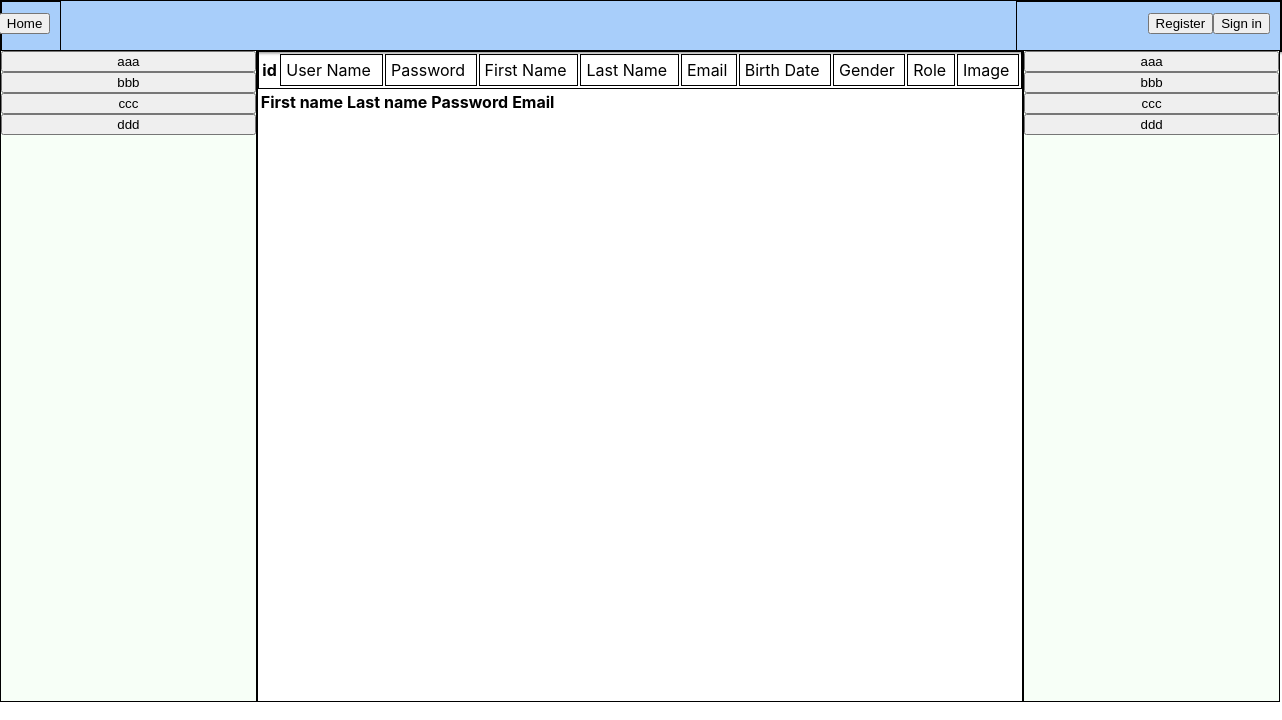
Repository: MichaelSodovski/website-client
Page: /users
The author's editor kept a copy of each file at every save. The page is drawn from the files as they stood at one save, then again after the next save.
The browser window is 1280 px wide. The page is 1282 px wide, so the pictures cover 1282 px, including what lies to the right of the window. The pictures show the whole page.
The page's requests for data from a server got no answer. The project was rebuilt for these pictures with package versions that can differ from the ones it lists, and the page was loaded fresh each time. No one was signed in, and anything a server would have sent is missing. Also part of the build but not shown: src/components/home/home.component.jsx, src/components/register/register.component.css, src/components/payment-info/payment.component.css, src/components/payment-info/payment.component.js, src/components/register/register.component.jsx, src/components/signIn/signIn.component.css, src/components/signIn/signIn.component.jsx.

Above is the page before, as saved 2022-05-14 22:32:05.

### public/index.html
<!DOCTYPE html>
<html lang="en">

<head>
    <meta charset="utf-8" />
    <link rel="icon" href="%PUBLIC_URL%/favicon.ico" />
    <meta name="viewport" content="width=device-width, initial-scale=1" />
    <meta name="theme-color" content="#000000" />
    <meta name="description" content="Web site created using create-react-app" />
    <link rel="apple-touch-icon" href="%PUBLIC_URL%/logo192.png" />
    <!--
      manifest.json provides metadata used when your web app is installed on a
      user's mobile device or desktop. See https://developers.google.com/web/fundamentals/web-app-manifest/
    -->
    <link rel="manifest" href="%PUBLIC_URL%/manifest.json" />
    <!--
      Notice the use of %PUBLIC_URL% in the tags above.
      It will be replaced with the URL of the `public` folder during the build.
      Only files inside the `public` folder can be referenced from the HTML.

      Unlike "/favicon.ico" or "favicon.ico", "%PUBLIC_URL%/favicon.ico" will
      work correctly both with client-side routing and a non-root public URL.
      Learn how to configure a non-root public URL by running `npm run build`.
    -->
    <title> site </title>
</head>

<body>
    <noscript>You need to enable JavaScript to run this app.</noscript>
    <div id="root"></div>
    <!--
      This HTML file is a template.
      If you open it directly in the browser, you will see an empty page.

      You can add webfonts, meta tags, or analytics to this file.
      The build step will place the bundled scripts into the <body> tag.

      To begin the development, run `npm start` or `yarn start`.
      To create a production bundle, use `npm run build` or `yarn build`.
    -->
</body>

</html>

### src/index.js
import React from 'react';
import ReactDOM from 'react-dom';
import './index.css';
import App from './App';
import reportWebVitals from './reportWebVitals';
import { BrowserRouter } from 'react-router-dom';

ReactDOM.render(
    <BrowserRouter>
        <React.StrictMode>
            <App />
        </React.StrictMode>
    </BrowserRouter>,
    document.getElementById('root')
);

// If you want to start measuring performance in your app, pass a function
// to log results (for example: reportWebVitals(console.log))
// or send to an analytics endpoint. Learn more: https://bit.ly/CRA-vitals
reportWebVitals();

### src/App.js
import './App.css';
import React from "react";
import { Route, Switch } from 'react-router-dom';
import Home from '../src/components/home/home.component'
import Menu from '../src/components/menu/menu.component';
import Register from '../src/components/register/register.component';
import NavigationBar from '../src/components/navigationBar/navigationBar.component';
import SignIn from '../src/components/signIn/signIn.component'
import Users from '../src/components/users/users.component'

export default function App() {
    return (
        <div className="App">
            <header className="App-header">
                <NavigationBar></NavigationBar>
            </header>
            <div className="layout-flexbox-container">
                <aside className="App-right-side_menu">
                    <Menu></Menu>
                </aside>
                <main className="App-main">
                    <Switch>
                        <Route path="/home">
                            <Home></Home>
                        </Route>
                        <Route path="/register">
                            <Register></Register>
                        </Route>
                        <Route path="/signin">
                            <SignIn></SignIn>
                        </Route>
                        <Route path="/users">
                            <Users></Users>
                        </Route>
                    </Switch>
                </main>
                <aside className="App-left-side_menu">
                    <Menu></Menu>
                </aside>
            </div>
        </div>
    );
}

### src/App.css
.App {
    display: flex;
    flex-direction: column;
}

.App-header {
    width: 100%;
    box-shadow: 3px 3px 3px grey;
    height: 50px;
}

.layout-flexbox-container {
    display: flex;
    flex-direction: row;
    width: 100%;
    height: 100%;
}

.App-main {
    border: 0.01px black solid;
    height: 650px;
    width: 100px;
    flex: 3;
}

.App-left-side_menu {
    display: flex;
    flex-direction: column;
    background-color: #F7FFF7;
    border: 0.01px black solid;
    height: 650px;
    flex: 1;
}

.App-right-side_menu {
    background-color: #F7FFF7;
    border: 0.01px black solid;
    height: 650px;
    flex: 1;
}

### src/components/menu/menu.component.jsx
import '../menu/menu.component.css';

export default function Menu() {

    return (
        <div className="menu-flex-container">
            <button> aaa </button>
            <button> bbb </button>
            <button> ccc </button>
            <button> ddd </button>
        </div>
    );
}

### src/components/navigationBar/navigationBar.component.jsx
import React from 'react';
import '../navigationBar/navigationBar.component.css'
import { Link } from 'react-router-dom';

export default function NavigationBar() {


    return (
        <div className="navBar-main-container">
            <div className="navigationBar-right-form-container">
                <Link to="/home">
                    <button >Home</button>
                </Link>
            </div>
            <div className="navigationBar-left-form-container">
                <Link to="/register">
                    <button>Register</button>
                </Link>
                <Link to="/signin">
                    <button>Sign in</button>
                </Link>
            </div>
        </div>
    );
}

### src/components/users/users.component.jsx
import React from 'react';
import { useEffect, useState } from 'react';
import '../users/users.component.css'

export default function Users() {
    const [usersData, setusersData] = useState([]);

    useEffect(() => {
        let usersArr = [];
        fetch('/getUSers').then(response => response.json())
            .then(users => {
                for (var i in users) {
                    usersArr.push(users[i]);
                }
            });
        setusersData(usersArr);
    }, [])

    return (
        <div>
            <table className="table-users">
                <tr className="table-users-tr">
                    <th>
                        id
                    </th>
                    <td>
                        User Name
                    </td>
                    <td>
                        Password
                    </td>
                    <td>
                        First Name
                    </td>
                    <td>
                        Last Name
                    </td>
                    <td>
                        Email
                    </td>
                    <td>
                        Birth Date
                    </td>
                    <td>
                        Gender
                    </td>
                    <td>
                        Role
                    </td>
                    <td>
                        Image
                    </td>
                </tr>
            </table>

            <table>
                <thead>
                    <tr>
                        <th>First name</th>
                        <th>Last name</th>
                        <th>Password</th>
                        <th>Email</th>
                    </tr>
                </thead>
                <tbody>
                    {usersData.map(user => {
                        return (
                            <tr key={user.id}>
                                <td>{user.userName}</td>
                                <td>{user.id}</td>
                                <td>{user.email}</td>
                                <td>{user.userName}</td>
                            </tr>
                        );
                    })}
                </tbody>
            </table>
        </div>
    );
}

### src/components/menu/menu.component.css
.menu-flex-container {
    display: flex;
    flex-direction: column;
}

### src/components/navigationBar/navigationBar.component.css
.navBar-main-container {
    display: flex;
    justify-content:space-between;
    border: 1px black solid;
    width: 100%;
    height: 100%;
    background-color: rgb(168, 206, 250);
}

.navigationBar-left-form-container {
    display: flex;
    flex-direction: row;
    justify-content: flex-end;
    border: 1px black solid;
    width: 19%;
    padding: 10px;
}

.navigationBar-right-form-container {
    display: flex;
    flex-direction: row;
    justify-content: flex-end;
    border: 1px black solid;
    width: 3%;
    padding: 10px;
}

### src/components/users/users.component.css
.table-users {
    border: 1px solid black;
    width: 100%;
}

.table-users > tr, td {
    border: 1px solid black;
    padding: 5px;
}

Loaded but not shown: src/index.css (common file); src/reportWebVitals.js (common file)

After the next save:
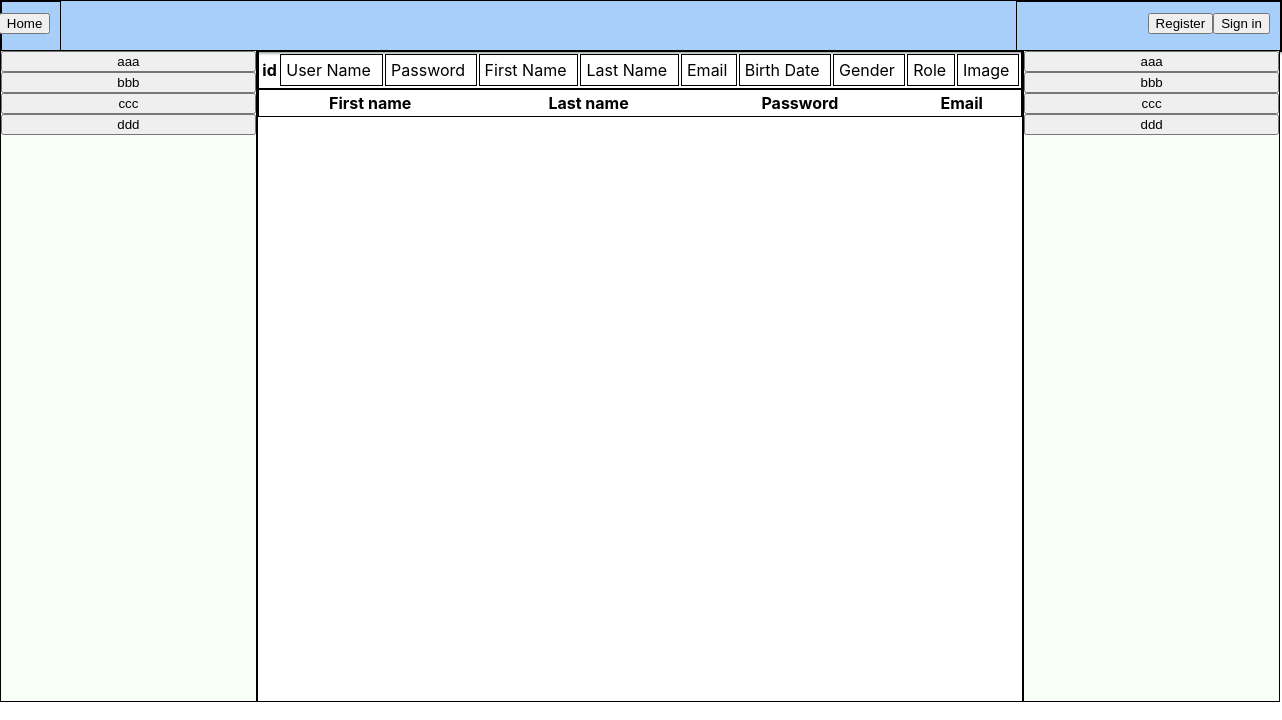
Saved 16 s later.
--- a/src/components/users/users.component.jsx
+++ b/src/components/users/users.component.jsx
@@ -53,7 +53,7 @@ export default function Users() {
                 </tr>
             </table>
 
-            <table>
+            <table className="table-users">
                 <thead>
                     <tr>
                         <th>First name</th>
